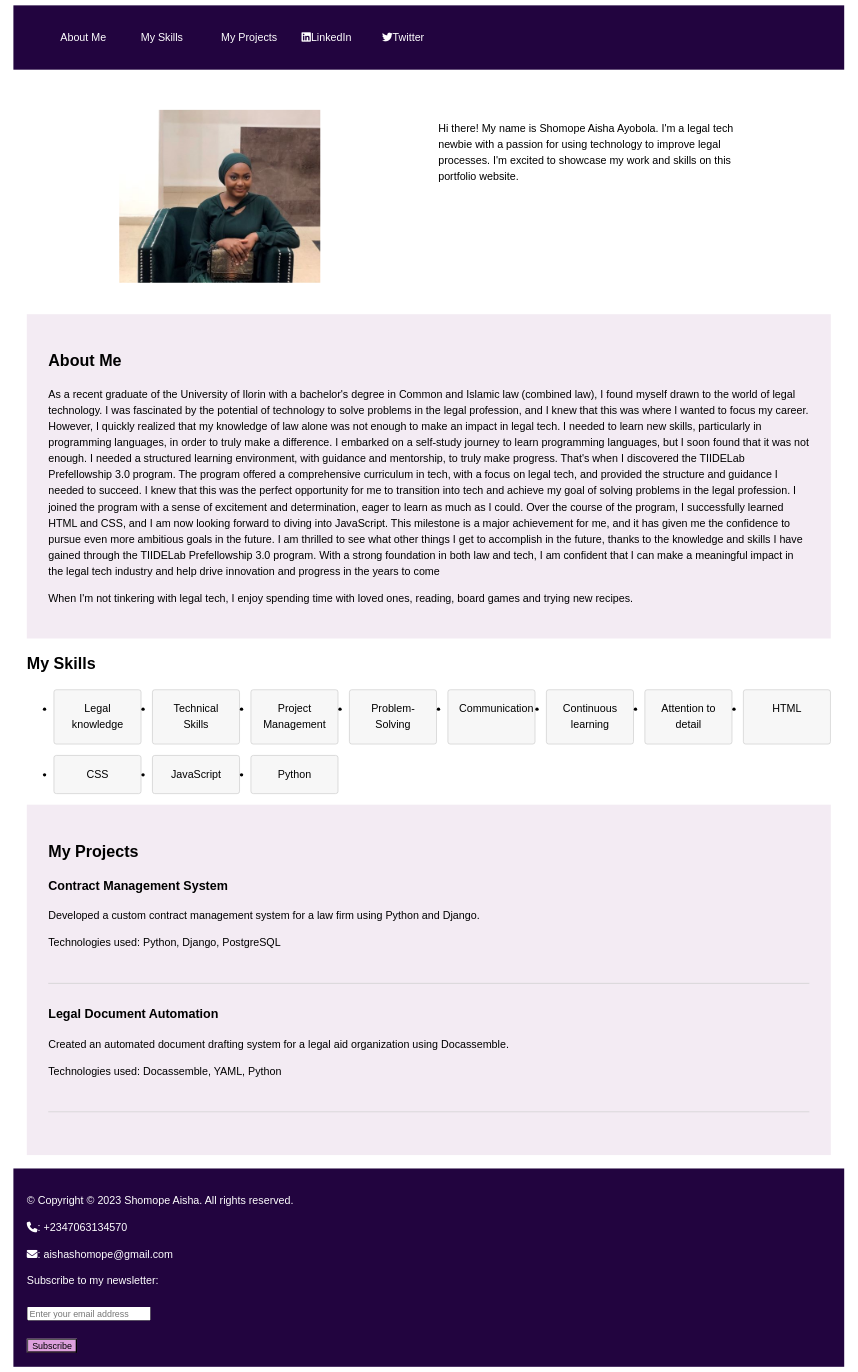
Repository: Iyewande/AishasPortfolio
Page: Index.html
The author's editor kept a copy of each file at every save. The page is drawn from the files as they stood at one save, then again after the next save.
The browser window is 1280 px wide. The pictures show the whole page, at 67% of full size.
Some web libraries are served in a nearby version.

Above is the page before, as saved 2023-05-04 21:31:02.

### Index.html
<!DOCTYPE html>
<html lang="en">
    <head>
        <meta charset="UTF-8">
        <meta http-equiv="X-UA-Compatible" content="IE=edge">
        <meta name="viewport" content="width=device-width, initial-scale=1.0">
        <title>My Legal Tech Portfolio</title>
        <link rel="stylesheet" href="Style.css">
        <script src="https://kit.fontawesome.com/dcc74d8766.js" crossorigin="anonymous"></script>
    </head>
    <body>
        <div class="main-container">
        <!-- This HTML code creates a simple portfolio website with three main sections: About Me, My Projects, and My Skills.
            The navigation menu allows visitors to easily navigate between the sections of the website. The CSS styling for
            this website is located in a separate style.css file. -->
        <header id="header">
            <div>

            </div>
            <nav>
                <ul>
                    <li><a href="#about">About Me</a></li>
                    <li><a href="#skills">My Skills</a></li>
                    <li><a href="#projects">My Projects</a></li>
                    <li><a href="https://www.linkedin.com/in/shomope-aisha-ayobola/"><i class="fa-brands fa-linkedin"></i>LinkedIn</a></li>
                    <li><a href="https://twitter.com/ShomopeAisha"><i class="fa-brands fa-twitter"></i>Twitter</a></li>
                  </ul>
            </nav>
        </header>
        <main>
            <section id="landingPage">
                <div id="image">
                    <img id="img" src="E17CF07F-F5B1-4C94-9C3E-8D25C5FEC29B.jpg" alt="A picture of me">
                </div>
                <div id="heading">
                    <p>Hi there! My name is Shomope Aisha Ayobola.  I'm a legal tech newbie with a passion for using technology to improve legal processes. I'm excited to
                        showcase my work and skills on this portfolio website.
                    </p>
                </div>

            </section>
            <section  id="about">
                <h2>About Me</h2>


                    As a recent graduate of the University of Ilorin with a bachelor's degree in Common and Islamic law (combined law), I found myself drawn to the world of legal technology. I was fascinated by the potential of technology to solve problems in the legal profession, and I knew that this was where I wanted to focus my career.
                    However, I quickly realized that my knowledge of law alone was not enough to make an impact in legal tech. I needed to learn new skills, particularly in programming languages, in order to truly make a difference. I embarked on a self-study journey to learn programming languages, but I soon found that it was not enough. I needed a structured learning environment, with guidance and mentorship, to truly make progress.
                    That's when I discovered the TIIDELab Prefellowship 3.0 program. The program offered a comprehensive curriculum in tech, with a focus on legal tech, and provided the structure and guidance I needed to succeed. I knew that this was the perfect opportunity for me to transition into tech and achieve my goal of solving problems in the legal profession.
                    I joined the program with a sense of excitement and determination, eager to learn as much as I could. Over the course of the program, I successfully learned HTML and CSS, and I am now looking forward to diving into JavaScript. This milestone is a major achievement for me, and it has given me the confidence to pursue even more ambitious goals in the future.
                    I am thrilled to see what other things I get to accomplish in the future, thanks to the knowledge and skills I have gained through the TIIDELab Prefellowship 3.0 program. With a strong foundation in both law and tech, I am confident that I can make a meaningful impact in the legal tech industry and help drive innovation and progress in the years to come
                <p>When I'm not tinkering with legal tech, I enjoy spending time with loved ones, reading, board games and trying new recipes.</p>
            </section>
              <section id="skills">
                <div class="main-container"></div>
                <h2>My Skills</h2>
                <ul>
                    <li>Legal knowledge</li>
                    <li>Technical Skills</li>
                    <li>Project Management</li>
                    <li>Problem-Solving</li>
                    <li>Communication</li>
                    <li>Continuous learning</li>
                    <li>Attention to detail</li>
                    <li>HTML</li>
                    <li>CSS</li>
                    <li>JavaScript</li>
                    <li>Python</li>
                </ul>
              </section>
              <section id="projects">
                <div class="main-container"></div>
                <h2>My Projects</h2>
                <ul>
                  <li>
                    <h3>Contract Management System</h3>
                    <p>Developed a custom contract management system for a law firm using Python and Django.</p>
                    <p>Technologies used: Python, Django, PostgreSQL</p>
                  </li>
                  <li>
                    <h3>Legal Document Automation</h3>
                    <p>Created an automated document drafting system for a legal aid organization using Docassemble.</p>
                    <p>Technologies used: Docassemble, YAML, Python</p>
                  </li>
                </ul>
              </section>
              <section>
                <!-- <h3 id="futureProjects">Future projects</h3> -->
                <!-- As a complete legal tech newbie with only legal knowledge, HTML, and CSS skills, you can still build a portfolio
                       that showcases your abilities and potential. Here are some project ideas: -->

                <!-- <ul>
                    <li>
                        <h3>Legal blog or website</h3>
                        <p>Create a blog or website that discusses legal topics, provides legal advice, or offers legal services.</p>
                        <p>Tools:My HTML and CSS skills to design and build the website, and my legal knowledge to create
                            engaging and informative content.</p>
                    </li>
                    <li>
                        <h3>Legal case study</h3>
                        <p> Analyze a legal case and create a detailed report that summarizes the facts, legal issues, and outcomes.</p>
                    </li>
                    <li>
                        <h3>Legal newsletter</h3>
                        <p>Develop a newsletter that provides updates on legal news, recent court decisions, or changes in legislation.</p>
                    </li>
                    <li>
                        <h3>Legal Podcast </h3>
                        <p>Create a podcast that discusses legal topics or features interviews with legal professionals.</p>
                    </li>
                    <li>
                        <h3>Legal infographic</h3>
                        <p>Create an infographic that explains a legal concept or process in a visually engaging way.</p>
                    </li>
                    <h3>Legal research database</h3>
                    <p>Build a legal research database that allows users to search for legal cases or statutes using keywords, topics, and other criteria.</p>
                    </li>
                    <li>
                        <h3>Document automation</h3>
                        <p>Develop a tool that automates the creation of legal documents, such as contracts or agreements, using templates and user input.</p>
                    </li>
                    <li>
                        <h3>Contract management system</h3>
                        <p>Create a system that manages the entire contract lifecycle, from drafting to negotiation to execution and beyond.</p>
                    </li>
                    <li>
                        <h3>Compliance tracking tool</h3>
                        <p>Build a tool that helps companies track their compliance with legal regulations, such as data privacy laws or labor laws.</p>
                    </li>
                    <li>
                        <h3>Legal analytics dashboard</h3>
                        <p>Develop a dashboard that provides insights and analytics on legal data, such as case outcomes or legal spend.</p>
                    </li>
                    <li>
                        <h3>E-discovery tool</h3>
                        <p>Create a tool that helps legal teams manage electronic discovery, including searching, reviewing, and producing relevant documents for litigation.</p>
                    </li>
                    <li>
                        <h3>Virtual legal assistant</h3>
                        <p>Build a virtual assistant that can answer legal questions, provide guidance on legal processes, or assist with legal research.</p>
                    </li>
                </ul>
              </section>
              <p>These projects will help demonstrate my creativity, technical skills, and understanding of legal concepts.
                They can be used to showcase my work to potential employers, clients, or collaborators in the legal tech industry.
                As I continue to learn and develop your skills, I can incorporate more advanced technical components into my
                portfolio projects.</p> -->

        </main>
        <!-- footer: contains content that appears at the bottom of the page, such as copyright information. -->
        <footer>
            <div class="footer-container">
                <p>&copy; Copyright © 2023 Shomope Aisha. All rights reserved.</p>
                <div class="contact">
                    <p><i class="fa-sharp fa-solid fa-phone"></i>: +2347063134570</p>
                    <p><i class="fa-solid fa-envelope"></i>: aishashomope@gmail.com</p>
                </div>
                <form action="#" method="post">
                    <label for="subscribe">Subscribe to my newsletter:</label>
                    <br><br>
                    <input type="email" id="subscribe" name="subscribe" placeholder="Enter your email address">
                    <br><br>
                    <button class=btn type="submit">Subscribe</button>
                </form>
            </div>
        </footer>
    </div>
    </body>
</html>

### Style.css
/* Specific styles */

#landingPage {
  display: flex;
  margin: 20px;
  padding: 20px;
  justify-content: space-around;
}

#image{
  width: 25%;
}
#img{
  width: 300px;
}

#heading{
  width: 40%;
}

  #about {
    background-color: rgb(243, 235, 243);
    padding: 2em;
  }

  #about p {
    margin-bottom: 1em;
  }

  #projects ul {
    list-style: none;
    margin: 0;
    padding: 0;
  }

  #projects li {
    border-bottom: 1px solid #ccc;
    margin-bottom: 2em;
    padding-bottom: 2em;
  }

  #projects h3 {
    margin-top: 0;
  }

  #projects p {
    margin-bottom: 1em;
  }

  #projects {
    background-color: rgb(243, 235, 243);
    padding: 2em;
  }

  #futureProjects li {
    background-color: rgb(243, 235, 243);
    padding: 2em;
  }


  #skills ul {
    display: grid;
    grid-template-columns: repeat(auto-fit, minmax(120px, 1fr));
    grid-gap: 1em;
  }

  #skills li {
    background-color: #f7f7f7;
    border: 1px solid #ccc;
    border-radius: 4px;
    padding: 1em;
    text-align: center;
  }
   */
  /* Global Styles */
* {
    box-sizing: border-box;
    margin: 0;
    padding: 0;
}

body {
    font-family: Arial, sans-serif;
    font-size: 16px;
    line-height: 1.5;
}

header, main, footer {
    max-width: 1200px;
    margin: 0 auto;
    padding: 20px;
}

/* Header Styles */
#header {
    background-color: rgb(34, 4, 63);
    color: #fff;
    display: flex;
}

.header-container {
    display: flex;
    justify-content: space-between;
    align-items: center;
}

nav ul {
    display: flex;
    list-style: none;
}

nav ul li {
    margin: 0 10px;
    display: inline-block;
    width: 100px;
}

nav ul li a {
    color: #fff;
    text-decoration: none;
}

/* Footer styles */
footer{
    background-color: rgb(34, 4, 63);
    color: #fff;
}
/* Hover Style */
nav ul li a:hover {
    text-decoration: underline;
}

.btn {
    background-color:plum;
}
.btn:hover {
    background-color:purple;
    color: white;
}


/* Focus Style */
input:focus {
    background-color: plum;
  }

/* Pseudo style */
h3{
    font-weight: bold;
}

After the next save:
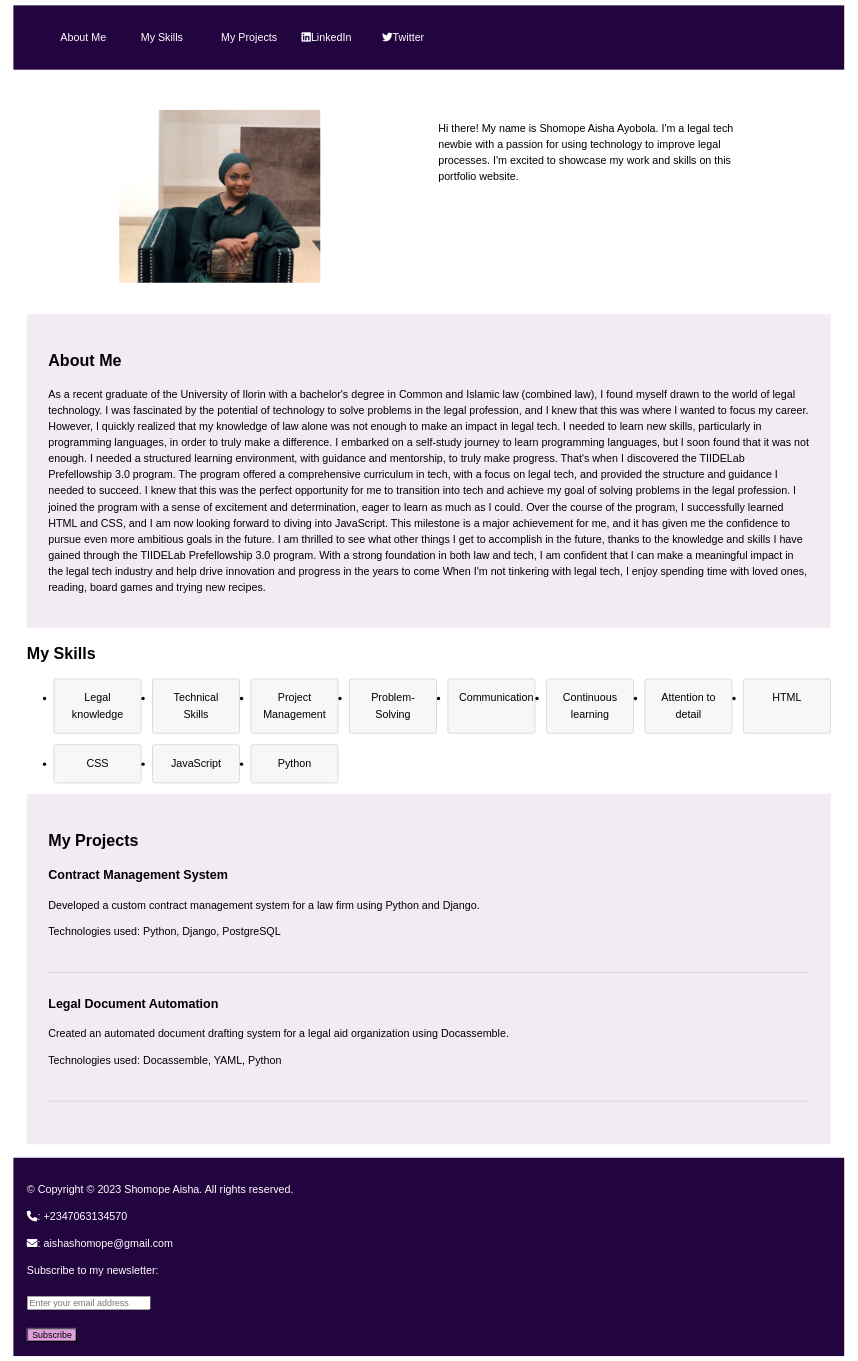
Saved 75 s later.
--- a/Index.html
+++ b/Index.html
@@ -41,14 +41,14 @@
             </section>
             <section  id="about">
                 <h2>About Me</h2>
-
-
-                    As a recent graduate of the University of Ilorin with a bachelor's degree in Common and Islamic law (combined law), I found myself drawn to the world of legal technology. I was fascinated by the potential of technology to solve problems in the legal profession, and I knew that this was where I wanted to focus my career.
-                    However, I quickly realized that my knowledge of law alone was not enough to make an impact in legal tech. I needed to learn new skills, particularly in programming languages, in order to truly make a difference. I embarked on a self-study journey to learn programming languages, but I soon found that it was not enough. I needed a structured learning environment, with guidance and mentorship, to truly make progress.
-                    That's when I discovered the TIIDELab Prefellowship 3.0 program. The program offered a comprehensive curriculum in tech, with a focus on legal tech, and provided the structure and guidance I needed to succeed. I knew that this was the perfect opportunity for me to transition into tech and achieve my goal of solving problems in the legal profession.
-                    I joined the program with a sense of excitement and determination, eager to learn as much as I could. Over the course of the program, I successfully learned HTML and CSS, and I am now looking forward to diving into JavaScript. This milestone is a major achievement for me, and it has given me the confidence to pursue even more ambitious goals in the future.
-                    I am thrilled to see what other things I get to accomplish in the future, thanks to the knowledge and skills I have gained through the TIIDELab Prefellowship 3.0 program. With a strong foundation in both law and tech, I am confident that I can make a meaningful impact in the legal tech industry and help drive innovation and progress in the years to come
-                <p>When I'm not tinkering with legal tech, I enjoy spending time with loved ones, reading, board games and trying new recipes.</p>
+                    <p>
+                        As a recent graduate of the University of Ilorin with a bachelor's degree in Common and Islamic law (combined law), I found myself drawn to the world of legal technology. I was fascinated by the potential of technology to solve problems in the legal profession, and I knew that this was where I wanted to focus my career.
+                        However, I quickly realized that my knowledge of law alone was not enough to make an impact in legal tech. I needed to learn new skills, particularly in programming languages, in order to truly make a difference. I embarked on a self-study journey to learn programming languages, but I soon found that it was not enough. I needed a structured learning environment, with guidance and mentorship, to truly make progress.
+                        That's when I discovered the TIIDELab Prefellowship 3.0 program. The program offered a comprehensive curriculum in tech, with a focus on legal tech, and provided the structure and guidance I needed to succeed. I knew that this was the perfect opportunity for me to transition into tech and achieve my goal of solving problems in the legal profession.
+                        I joined the program with a sense of excitement and determination, eager to learn as much as I could. Over the course of the program, I successfully learned HTML and CSS, and I am now looking forward to diving into JavaScript. This milestone is a major achievement for me, and it has given me the confidence to pursue even more ambitious goals in the future.
+                        I am thrilled to see what other things I get to accomplish in the future, thanks to the knowledge and skills I have gained through the TIIDELab Prefellowship 3.0 program. With a strong foundation in both law and tech, I am confident that I can make a meaningful impact in the legal tech industry and help drive innovation and progress in the years to come
+                        When I'm not tinkering with legal tech, I enjoy spending time with loved ones, reading, board games and trying new recipes.
+                    </p>
             </section>
               <section id="skills">
                 <div class="main-container"></div>
